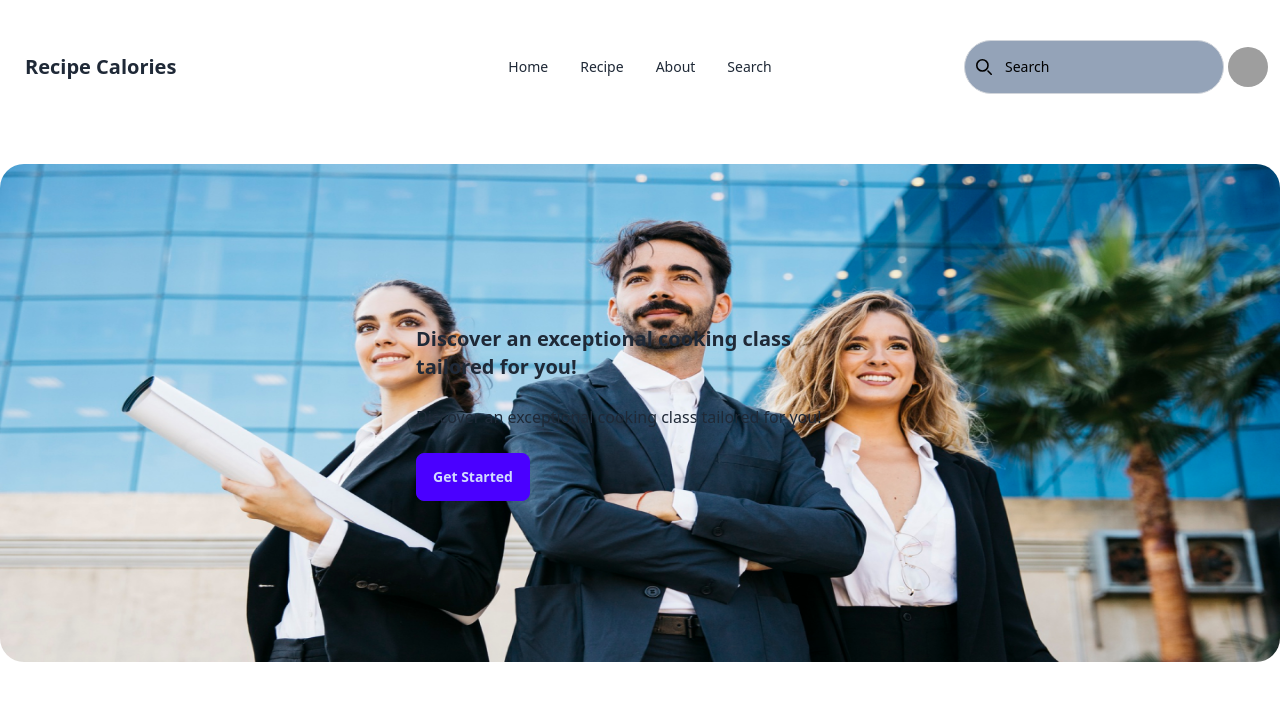
Repository: RudrasahaDibos/Chefs-table
Page: /
An editor plug-in stored every save of this project. The page is shown before and after the next save, followed by the edit.
The browser window is 1280 px wide. The pictures show the whole page.
Pictures or frames that could not be fetched are drawn as grey boxes. The project was rebuilt for these pictures with package versions that can differ from the ones it lists, and the page was loaded fresh each time. Also part of the build but not shown: vite.config.js, src/App.css.

Above is the page before, as saved 2024-12-19 09:48:24.

After the next save:
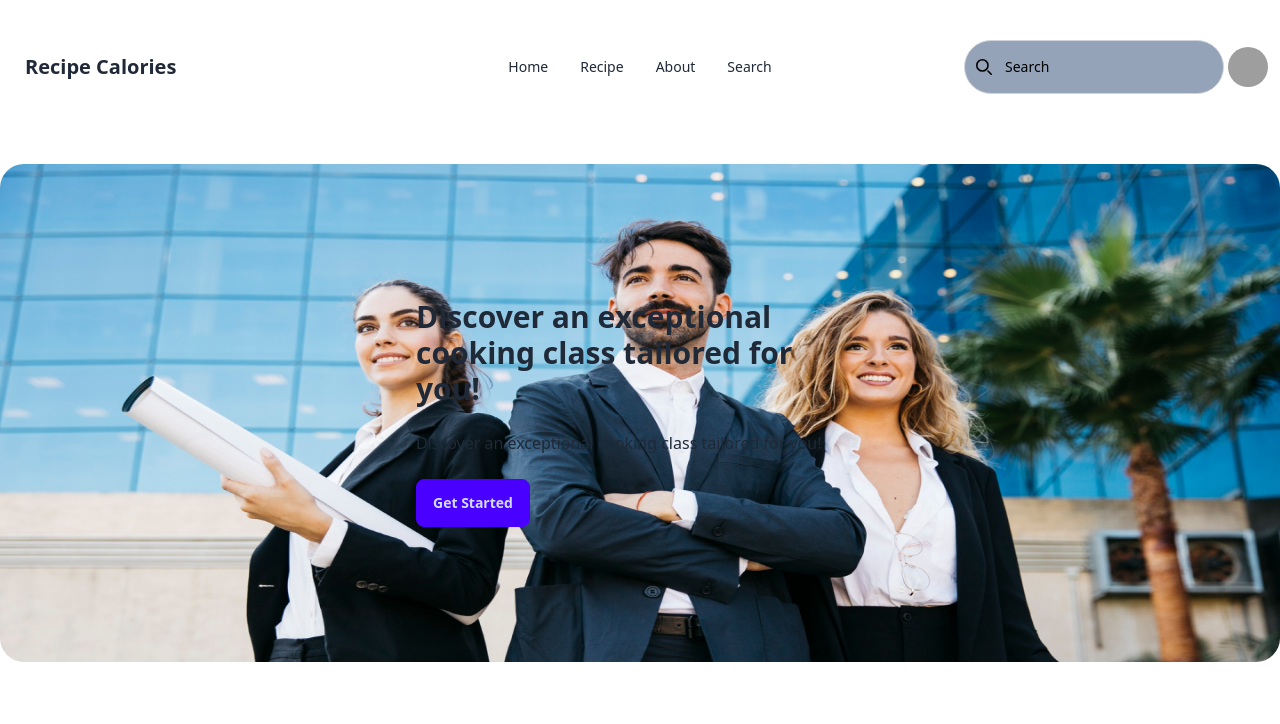
Saved 4 s later.
--- a/src/Component/Banner/Banner.jsx
+++ b/src/Component/Banner/Banner.jsx
@@ -7,7 +7,7 @@ const Banner = () => {
      <img src={img} alt="" className='h-4/5 w-full rounded-3xl' />
   <div className="hero-content ">
     <div className="max-w-md">
-      <h1 className="text-xl font-bold">Discover an exceptional cooking class tailored for you!</h1>
+      <h1 className="text-3xl font-bold">Discover an exceptional cooking class tailored for you!</h1>
       <p className="py-6">
       Discover an exceptional cooking class tailored for you!
       </p>
